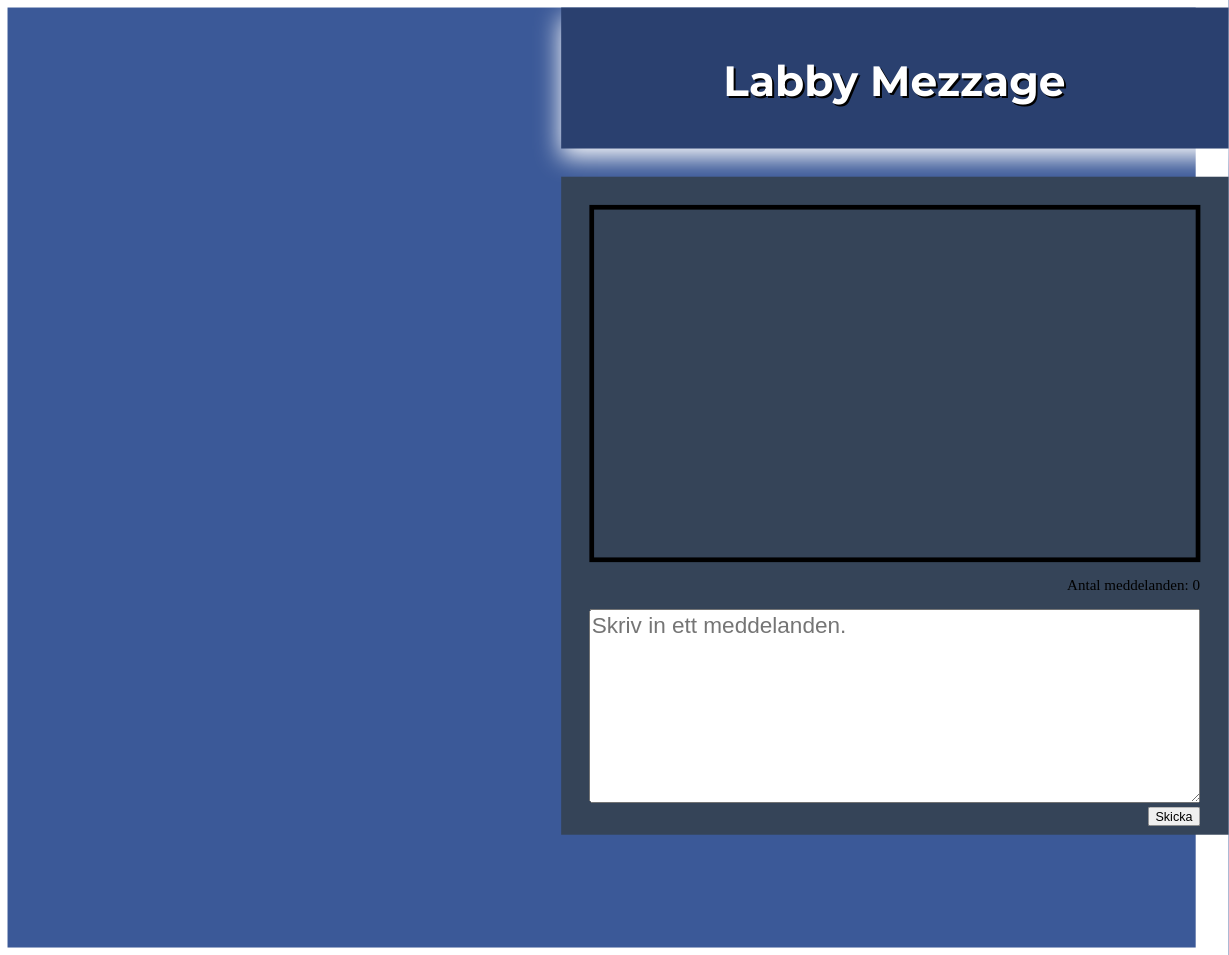
Repository: lw222gz/1dv403-laborationer-lw222gz
Page: 2-labbymezzage/index.html
The author's editor kept a record of every edit. The page is drawn from the files as they stood at one moment, then again after the next edit.
The browser window is 1280 px wide. The page is 1307 px wide, so the pictures cover 1307 px, including what lies to the right of the window. The pictures show the whole page, at 94% of full size.

Above is the page before.

### 2-labbymezzage/index.html
<!doctype html>
<html lang="sv">
    <head>
        <title>Labby Mezzage</title>
        <meta charset="utf-8" />
        <link rel="stylesheet" href="style.css" />
        <link href='//fonts.googleapis.com/css?family=Montserrat:700' rel='stylesheet' type='text/css'>
    </head>
<body>
<div id="container">
        <header>
            <b>Labby Mezzage</b>
        </header>

        <main>
            <div id="text"></div>
            <p id="AmountofMessages" class="floatRight">Antal meddelanden: 0</p>
            <textarea id="textInput" placeholder="Skriv in ett meddelanden."></textarea>
            <input class="floatRight" id="send" type="submit" value="Skicka" />

        </main>

</div>
    <script src="message.js"></script>
    <script src="LabbyMessage.js"></script>
</body>
</html>

### 2-labbymezzage/style.css
#container
    {

    height:1000px;
    width:auto;
    background-color:#3B5998;
    margin:0 auto;
    }

header
    {
        box-shadow:0 10px 25px;
        -webkit-box-shadow:0 10px 25px;
        -moz-box-shadow:0 10px 25px;
        color:white;
        text-shadow:2px 2px black;
        -webkit-text-shadow:2px 2px black;
        -moz-text-shadow:2px 2px black;
        font-family: 'Montserrat', sans-serif;
        font-size:45px;
        padding-top:50px;
        height:100px;
        position:relative;
        left:588.5px;
        background-color:#2A406F;
        width:710px;
        text-align:center;
    }

main
    {
        padding:30px;
        position:relative;
        left:588.5px;
        margin-top:30px;
        background-color:#354458;
        height:auto;
        width:650px;
    }

textarea {
    width:644px;
    height:200px;

    font-size:24px;
    font-family:arial;
}

.MessageTime{
    margin-right:3px;
    position:absolute;
    bottom:0px;
    right:0px;
    font-size:12px;
    color:#2A406F;
}


.floatRight{
    float:right;
}



.DeletePicture
{
    width:24px;
    height:24px;
    position:absolute;
    top:5px;
    right:0;
}

.ClockPicture
{
    width:24px;
    height:24px;
    position:absolute;
    top:5px;
    right:30px;
}

#text
{
    border:5px solid black;
    padding:5px;
    overflow-y:scroll;
    height:360px;
    max-height:360px;

}

.text
{
    padding-right:70px;
    padding-left:5px;
    font-family:verdana;
    font-size:26px;
    border:1px solid black;
    background-color:#4F69A2;
    width:auto;
    height:auto;
    min-height:50px;
    position:relative;
    word-break:break-all;
}

### 2-labbymezzage/message.js
"use strict";

function Message(message, date){

   this.getText = function() {
       return message;
   }
   this.setText = function(_text) {
       message = _text;
   }

   this.getDate = function() {
       return date;
   }

   this.setDate = function(_date) {
       date = _date;
   }

   Message.prototype.toString = function() {
       return this.getText()+" ("+this.getDate()+")";
   }

   Message.prototype.getHTMLText = function() {
       return this.getText().replace(/[\n\r]/g, "<br/>");
   }

   Message.prototype.getDateText = function() {

       var Hour = this.getDate().getHours();
       var Minutes = this.getDate().getMinutes();
       var Seconds = this.getDate().getSeconds();
       if (Minutes < 10)
       {
            Minutes = "0"+Minutes;
       }
       if (Seconds < 10)
       {
          Seconds = "0"+Seconds;
       }

       return +Hour+":"+Minutes+":"+Seconds;
   }


}

### 2-labbymezzage/LabbyMessage.js
"use strict";


window.onload = function(){

    var messages = [];



    var j = 0;
    var myObj = {};

    var submit = document.querySelector("#send");
    var text = document.getElementById("textInput");
    var div = document.getElementById("text");
    var Enter = document.getElementById("textInput");
    var date;


    submit.addEventListener("click", function(e){
                                                                            // http://stackoverflow.com/questions/11921210/how-exactly-does-event-preventdefault-affect-the-dom vad e.preventdefault gör.
        if (text.value === "")
        {
            e.preventdefault();
        }
        else
        {
        date = new Date();
        myObj = new Message(text.value, date);
        messages.push(myObj);

        renderMessage(messages.length-1);
        RemoveText();
        }
        });

    Enter.addEventListener("keydown", function(e){


        if (e.keyCode == 13 && document.getElementById("textInput").value === "")
                {e.preventDefault()}

        if(e.keyCode === 13 && !e.shiftKey && text.value !== "")

        {
            e.preventDefault()
            date = new Date();
            myObj = new Message(text.value, date)
            messages.push(myObj);

            renderMessage(messages.length-1)
            RemoveText();
        }

    }
    )


    var renderMessage = function(index){
        ++j;
        document.getElementById("AmountofMessages").innerHTML = "Antal meddelanden: "+j;

        var text = document.createElement("p");
        text.className = "text";

        var img = document.createElement("img");
        var clockimg = document.createElement("img");

        img.className = "DeletePicture";
        img.src = "DeleteRed.png";

        clockimg.className = "ClockPicture";
        clockimg.src = "Clock.png";

        img.addEventListener("click", function(e){
            if (confirm("Radera detta meddelande?"))
            {
                j -= 1;
                text.parentNode.removeChild(text);
                messages.splice(index, 1);
                renderMessages();
                document.getElementById("AmountofMessages").innerHTML = "Antal meddelanden: "+j;
            }
        }
        )

        clockimg.addEventListener("click", function(e) {
                var year = messages[index].getDate().getFullYear();
                var month = messages[index].getDate().getMonth();
                var day = messages[index].getDate().getDate();
                var Hour = messages[index].getDate().getHours();
                var Minutes = messages[index].getDate().getMinutes();
                var Seconds = messages[index].getDate().getSeconds();
                if (Minutes < 10)
                {
                    Minutes = "0"+Minutes;
                }
                if (Seconds < 10)
                {
                    Seconds = "0"+Seconds;
                }
            alert("Inlägget skapades den "+day+"/"+month+" år "+year+ " klockan " +Hour+":"+Minutes+":"+Seconds)
        })

        var TimeShow = document.createElement("div");
        TimeShow.className ="MessageTime";
        TimeShow.innerHTML = messages[index].getDateText();

        text.innerHTML = messages[index].getHTMLText();
        div.appendChild(text);
        var element = document.getElementById("text");
        element.scrollTop = element.scrollHeight;
        text.appendChild(img);
        text.appendChild(clockimg);
        text.appendChild(TimeShow);


    }


    /*var renderMessages = function() {
        //tar bort all text
        document.getElementById("#text").innerHTML = "";

        // sätter dit alla igen.
        for (i; i < messages.length; i += 1)
        {
            renderMessage(i);
        }

    }*/


    var RemoveText = function(){
        document.getElementById("textInput").value="";
    }
}

After the next edit:
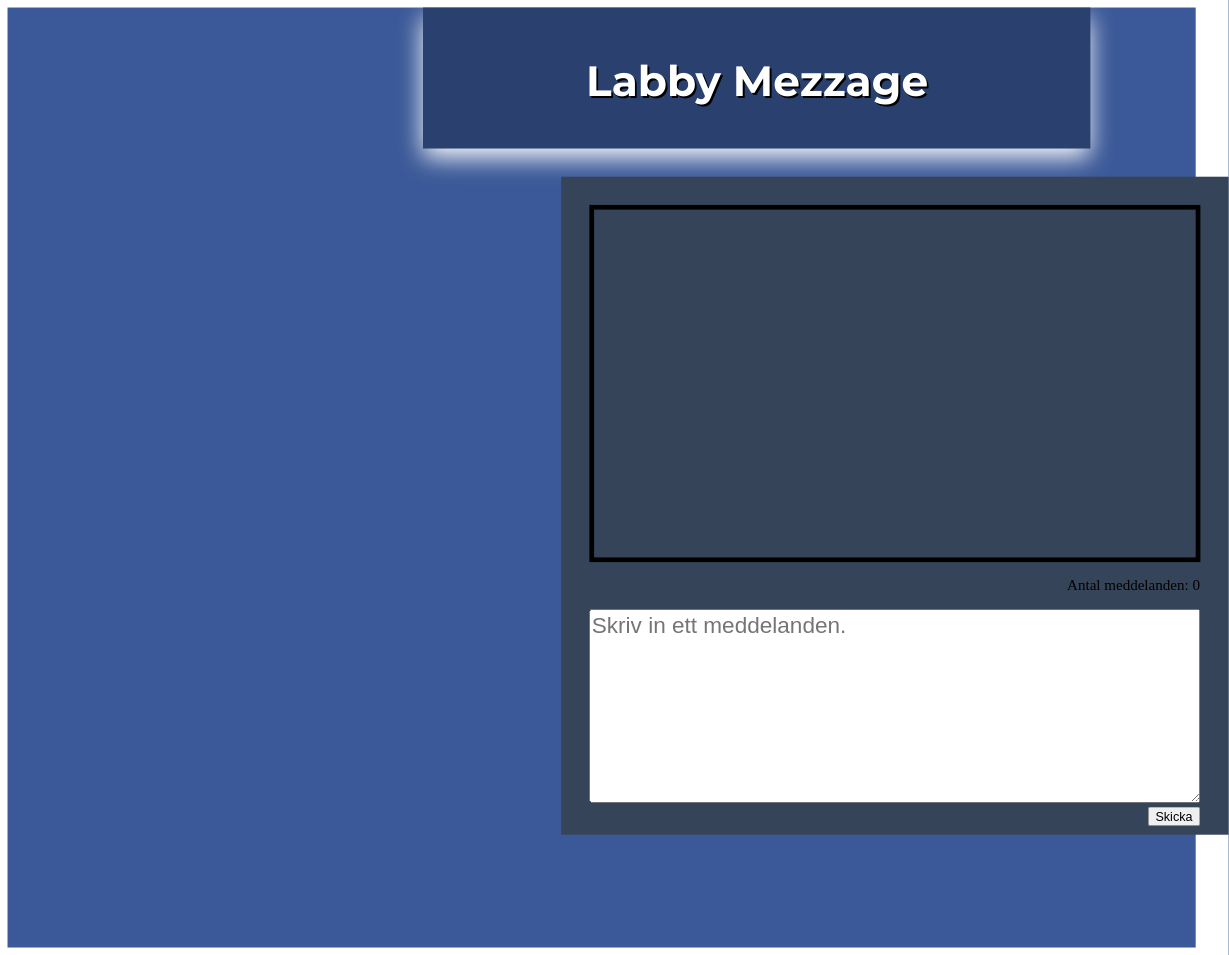
The edit:
--- a/2-labbymezzage/style.css
+++ b/2-labbymezzage/style.css
@@ -20,8 +20,7 @@
         font-size:45px;
         padding-top:50px;
         height:100px;
-        position:relative;
-        left:588.5px;
+        margin-left:35%;
         background-color:#2A406F;
         width:710px;
         text-align:center;
